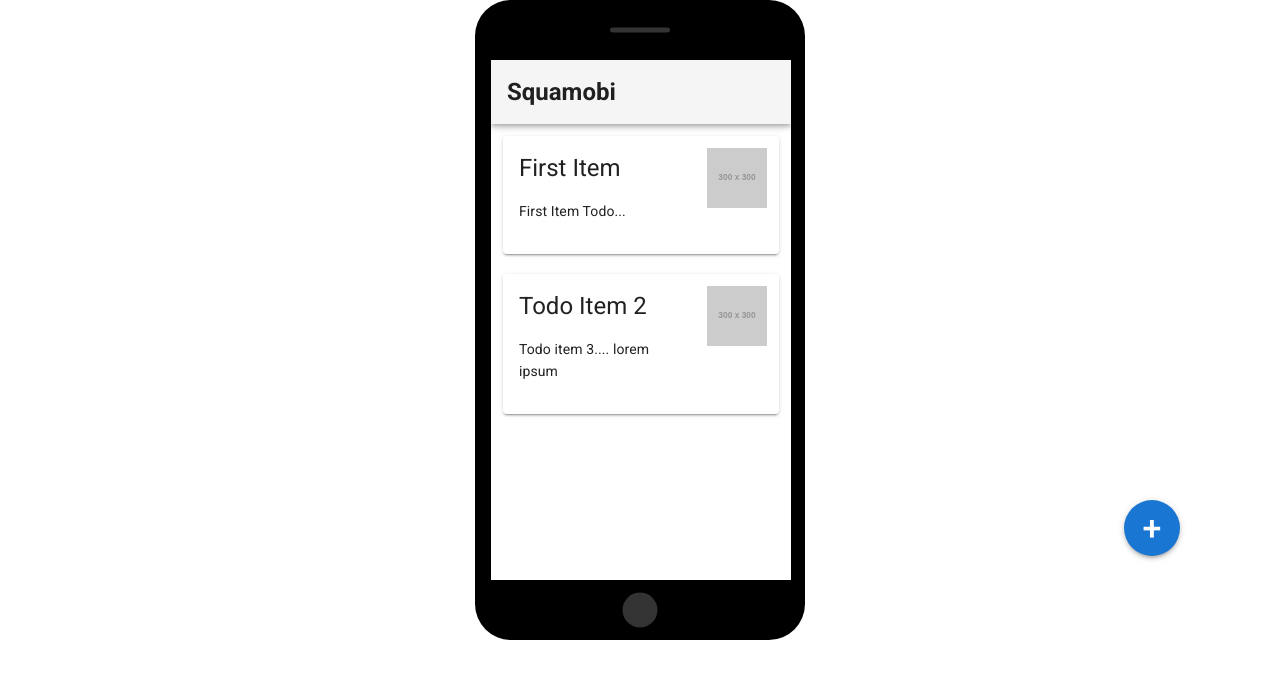
Repository: Keepnox/squamobi-interview
Page: /
These files come from the project's save history. The page is drawn as it stood at one moment and after the next save; the edit follows.
The browser window is 1280 px wide. The pictures show the whole page.
The project was rebuilt for these pictures with package versions that can differ from the ones it lists, and the page was loaded fresh each time. Also part of the build but not shown: vue.config.js. Imported but missing from the stored project, and not drawn on this page: src/views/About.vue.

Above is the page before, as saved 2022-01-16 02:11:56.

After the next save:
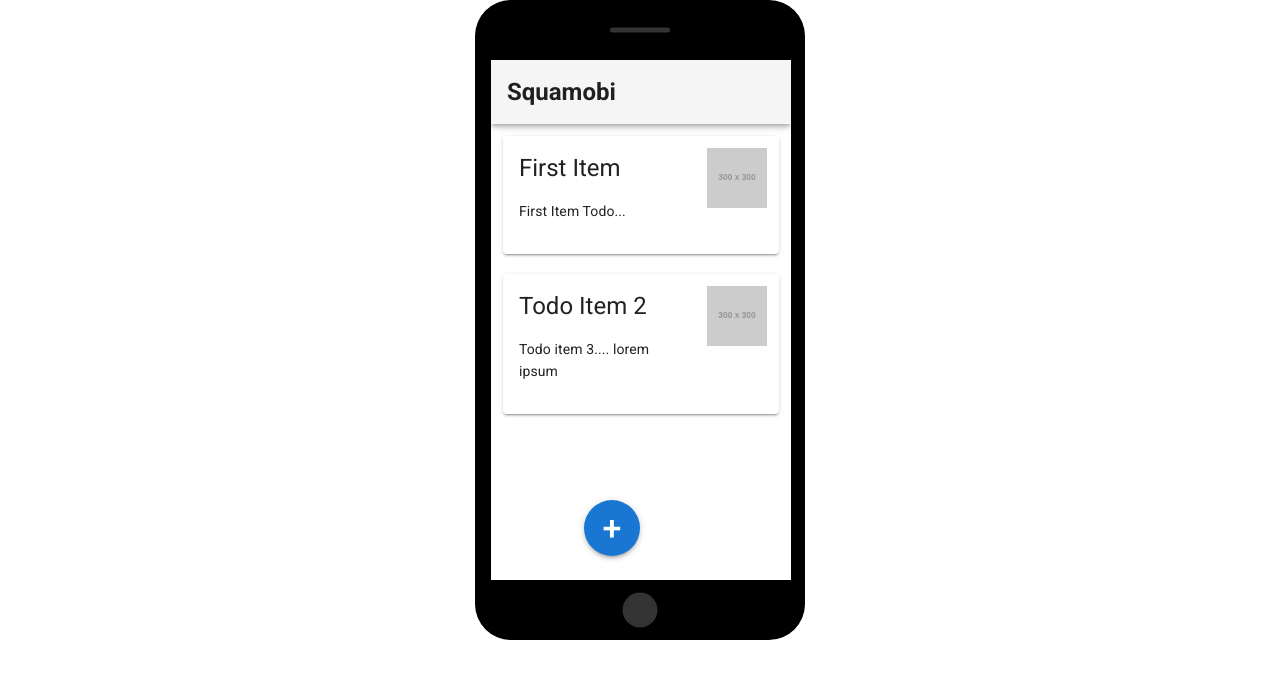
Saved 15 s later.
--- a/src/views/Home.vue
+++ b/src/views/Home.vue
@@ -119,7 +119,7 @@ export default {
 }
 .add-button {
   position: fixed;
-  right: 100px;
+  right: 50%;
   top: 500px;
 }
 .popup {
